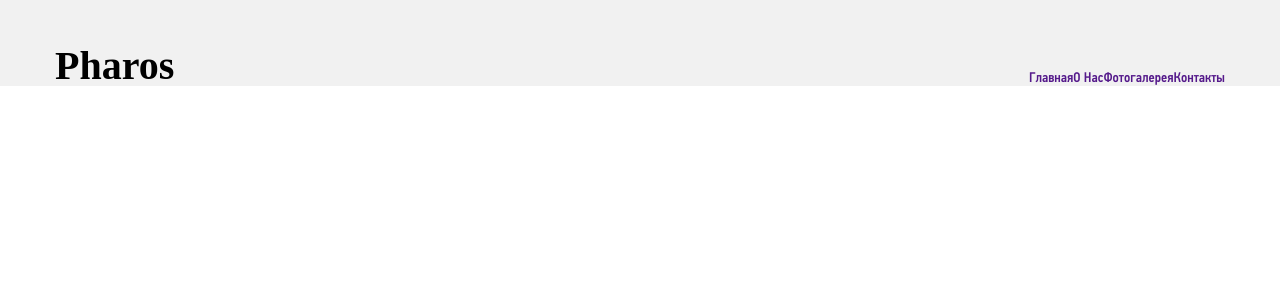
Repository: Bohdan-Sandovenko/youth-project
Page: index.html
The author's editor kept a copy of each file at every save. The page is drawn from the files as they stood at one save, then again after the next save.
The browser window is 1280 px wide. The pictures show the whole page.
Some web fonts or font styles are not loaded; a fallback is used. The style sheet was rebuilt from its Sass, Less or Tailwind sources for each picture, by a compiler version that may differ from the author's.

Above is the page before, as saved 2024-09-10 10:05:32.

After the next save:
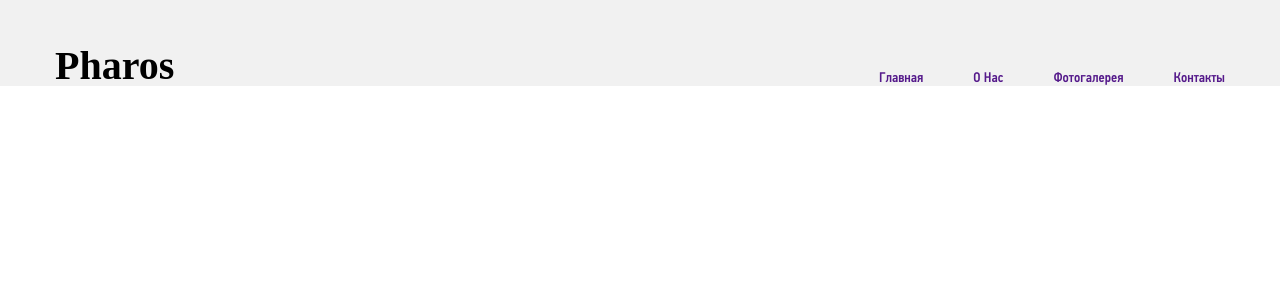
Saved 3 min 31 s later.
--- a/css/style.scss
+++ b/css/style.scss
@@ -43,8 +43,9 @@ body {
 
                 .nav-list {
                     display: flex;
+                    column-gap: 50px; //оступы
 
-                    column .nav-item {
+                    .nav-item {
                         .nav-link {}
                     }
                 }
